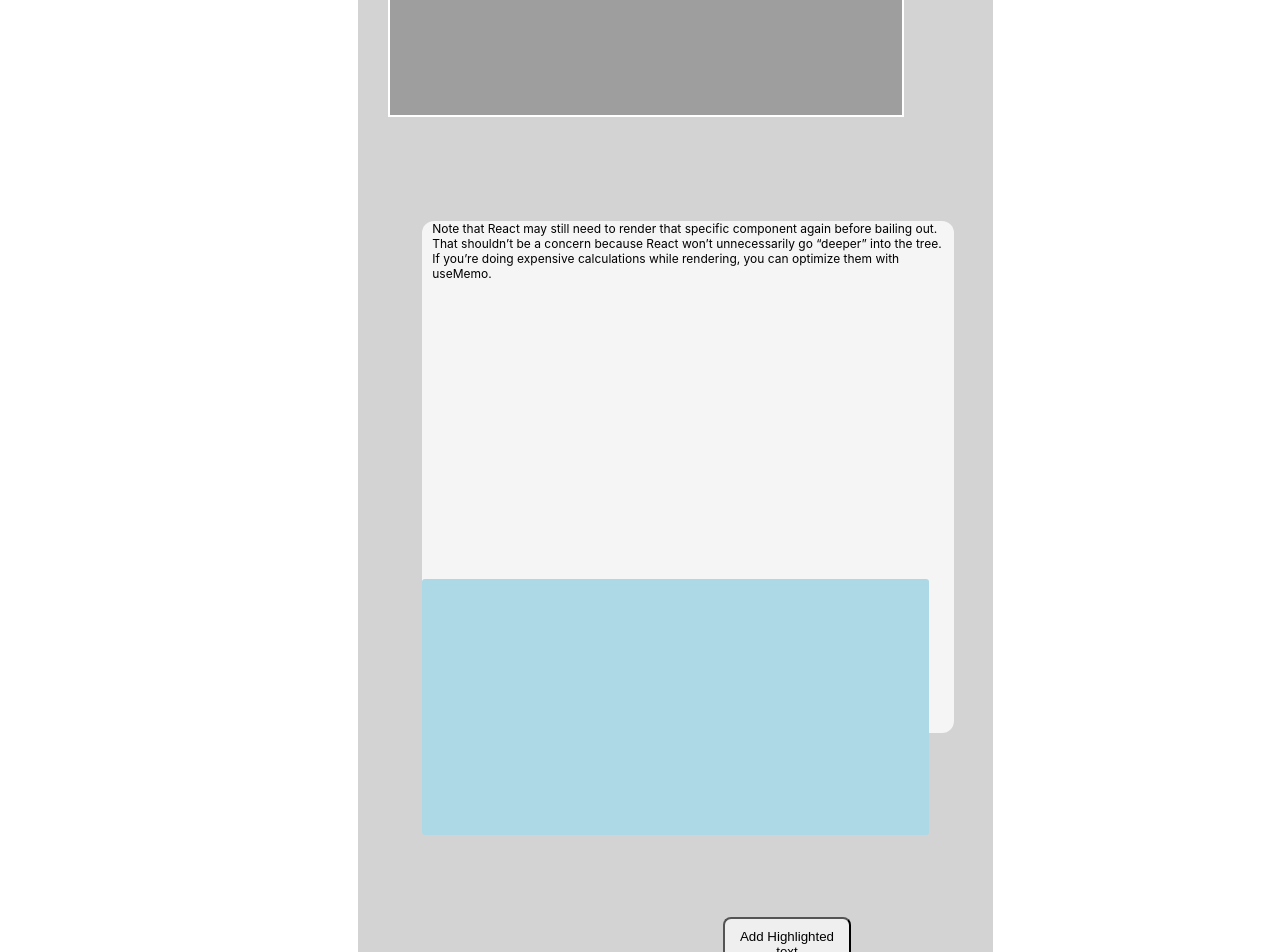
Repository: Farbod29/React-text-highlighter-with-hook-
Page: /
These files come from the project's save history. The page is drawn as it stood at one moment and after the next save; the edit follows.
The browser window is 1280 px wide. The pictures show the part of the page from y = 311 to 1263 px (the page is 1324 px tall).
Pictures or frames that could not be fetched are drawn as grey boxes. The project was rebuilt for these pictures with package versions that can differ from the ones it lists, and the page was loaded fresh each time.

Above is the page before, as saved 2022-02-18 23:18:07.

After the next save:
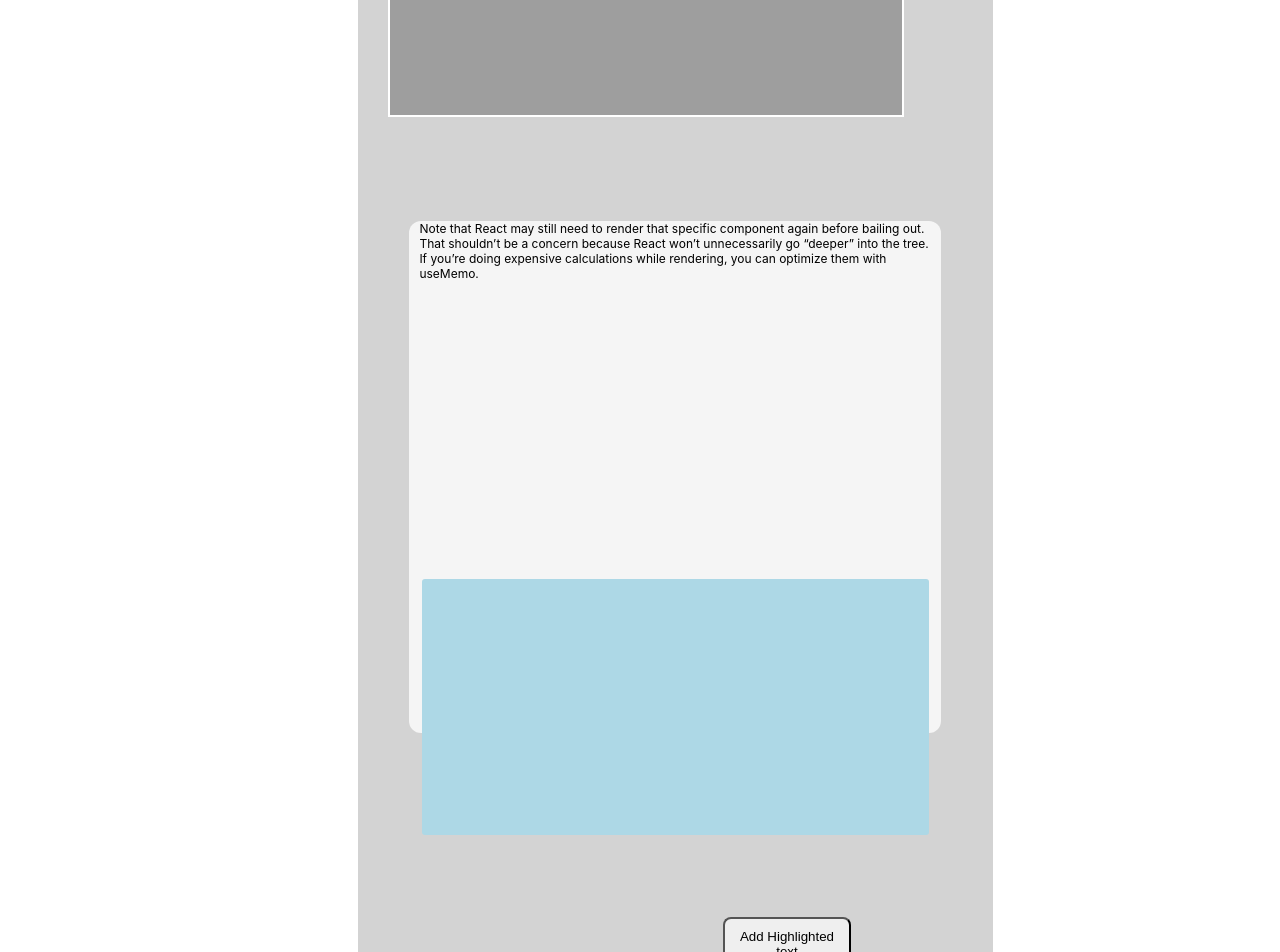
Saved 7 s later.
--- a/src/highlighter.js
+++ b/src/highlighter.js
@@ -45,7 +45,7 @@ export default function Highlighter() {
             backgroundColor: '#F5F5F5',
             height: '40vw',
             width: '40vw',
-            left: '5vw',
+            left: '4vw',
             top: '40vw',
             borderRadius: '12px',
             position: 'absolute',
